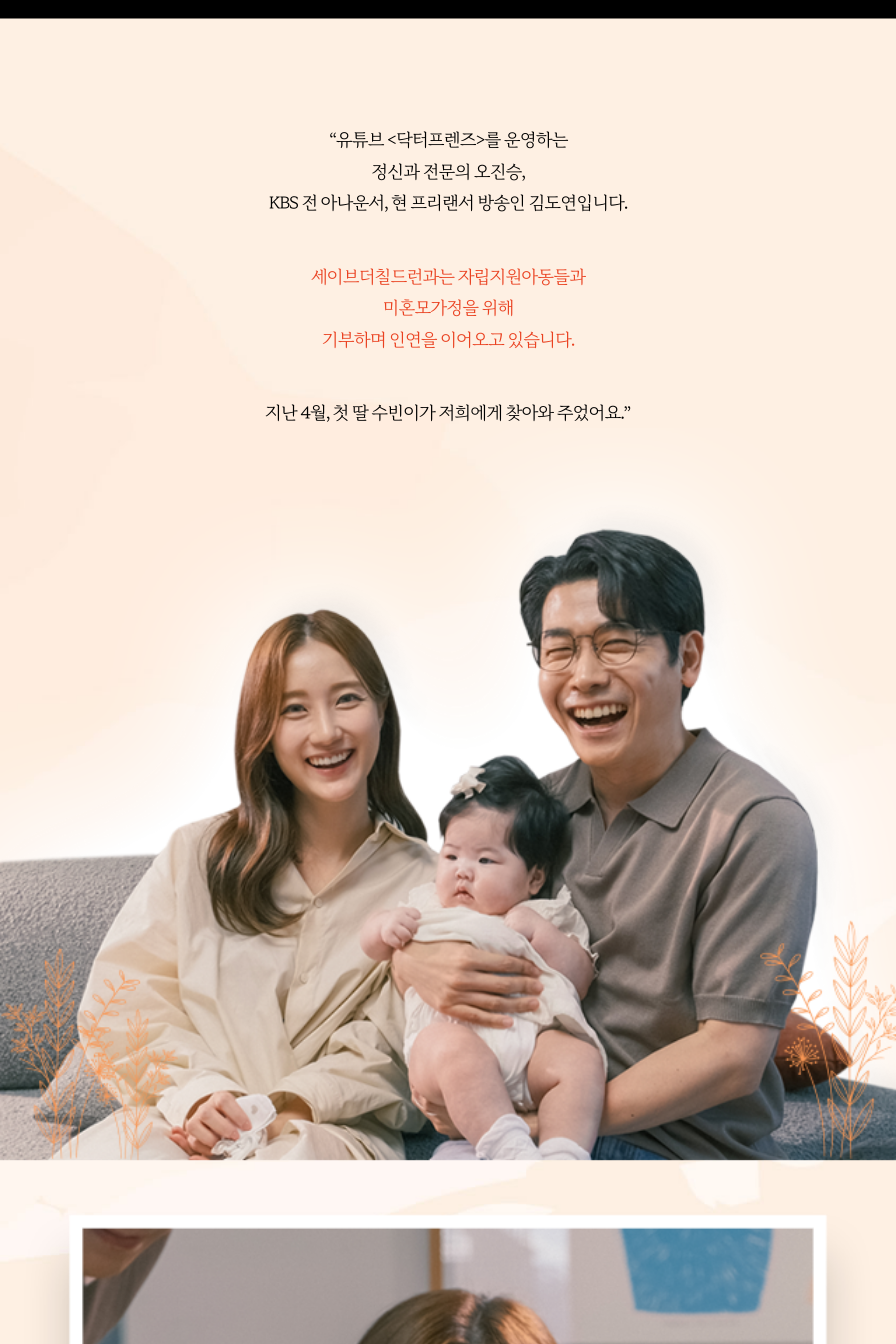
Repository: dlgywls1130/saveTheChildren_2024
Page: index.html
The author's editor kept a copy of each file at every save. The page is drawn from the files as they stood at one save, then again after the next save.
The browser window is 1280 px wide. The pictures show the part of the page from y = 1239 to 3159 px (the page is 18165 px tall before and 18445 px after), at 70% of full size.
Some web fonts or font styles are not loaded; a fallback is used. The style sheet was rebuilt from its Sass, Less or Tailwind sources for each picture, by a compiler version that may differ from the author's.

Above is the page before, as saved 2024-11-03 21:22:36.

### index.html
<!DOCTYPE html>
<html lang="en">
<head>
    <meta charset="UTF-8">
    <meta name="viewport" content="width=device-width, initial-scale=1.0">
    <title>Document</title>

    <link rel="stylesheet" href="./css/common.css">
</head>
<body>

    <!-- main -->
    <section class="main_container">
        <div class="container">
            <div class="logo_title mb-40">
                <img src="./images/logo.png" alt="logo">
                <p>우리 아기 좋은 날 기부</p>
            </div>

            <p class="sub_title mb-40">
                의사 오진승, 아나운서 김도연 가족과 함께하는
            </p>

            <h2 class="mb-30">우리 아기<br>좋은 날 일기</h2>

            <p class="sub_span_text mb-40">
                여러분은 자녀의 소중한 순간을<br>
                어떻게 기념 하시나요?
            </p>

            <p class="sub_descript mb-60">
                보통 사진을 찍고 영상을 남기는<br> 분들이 많으실 거에요. <br>
                우리 아이의 소중한 날을<br> 특별하게 기념하는 방법을<br>
                소개해드릴게요
            </p>

            <a href="#" class="record_btn">
                <img src="/images/pencle.png" alt="pencle">
                <p>우리 아기 좋은 날 기록하기</p>
            </a>
        </div>
    </section>

    <!-- 스토리섹션 -->

    <section class="story_section">
        <div class="container pt-100">

            <!-- 영상 -->
            <div class="video_container mb-150 ">
                <video></video>
            </div>

            <div class="story_01 mb-70">
                <p class="s01 mb-60">
                    “유튜브 <닥터프렌즈>를 운영하는<br> 정신과 전문의 오진승,
                    <br>KBS 전 아나운서, 현 프리랜서 방송인 김도연입니다.
                </p>

                <p class="s01_1 mb-60">
                    세이브더칠드런과는 자립지원아동들과<br> 미혼모가정을 위해
                    <br>기부하며 인연을 이어오고 있습니다.
                </p>

                <p class="s01_2">
                    지난 4월, 첫 딸 수빈이가 저희에게 찾아와 주었어요.”
                </p>

                <img src="/images/s1_1.png" alt="story">
            </div>


            <div class="story_02 mb-150">
                <div class="story_02_01">
                    <div class="story_image">
                        <img src="/images/s2_1.png" alt="stroy">
                    </div>
                    <div class="story_text-contain py-50">
                        <p class="story_text_01 mb-50">
                            아이가 태어나고 많은 것이 바뀌었습니다.
                        </p>
                        <p class="story_text_02 mb-50">
                            사실 저는 아이를 좋아하는 편은 아니었어요.
                            <br>하지만 낳고 처음 마주하는 순간, 생각했어요.
                        </p>
                        <p class="story_text_03 mb-50">
                            ‘천년의 사랑이 시작되었다.’
                        </p>

                        <p class="story_text_04">
                            지금은 힘들어도 아이 얼굴만 보면 웃음이 나와요.
                        </p>
                    </div>


                </div>
            </div>

            <div class="story_03 mb-100">
                <div class="story_03_01">

                    <div class="story_image">
                        <img src="/images/s3_1.png" alt="stroy">
                    </div>

                    <div class="story_text-contain py-50">
                        <p class="story_text_01 mb-100">
                            내 자녀를 볼 때,
                            <br>의학적으로 마음에 드는
                            <br>이성을 보았을 때의
                            <br>10배에 달하는 도파민이 나온대요.
                        </p>
                        <p class="story_text_02 mb-60">
                            저는 현재에 안주하며 사는
                            <br>편이었는데, 딸이 태어난 후부터
                            <br>삶에 대해 더 고민하고.
                            <br>잘하려고 노력하고 있어요.
                        </p>
                        <p class="story_text_03">
                            아이가 삶의 원동력이 된 셈이죠.
                        </p>

                    </div>

                </div>
            </div>

            <div class="story_04">
                <div class="story04_01 mb-150">

                    <div class="story_image">
                        <img src="/images/s4_1.png" alt="stroy">
                    </div>

                    <div class="story_text-contain py-50">
                        <p class="story_text_01 mb-30">
                            요즘은 수빈이와 함께 놀이터 갈 날을
                            <br>손꼽아 기다리고 있어요.
                        </p>
                        <p class="story_text_02">
                            아직 말귀도 못 알아듣는 아이한테
                            <br>“너 언제 커서 아빠랑 놀이터 갈래?”
                            <br>묻고는 하죠.

                        </p>

                    </div>

                </div>

                <div class="story04_02 mb-150">

                    <div class="story_image">
                        <img src="/images/s4_2.png" alt="stroy">
                    </div>

                    <div class="story_text-contain pt-30">
                        <p class="story_text_01 mb-30">
                            아이를 정신없이 키우다 보니
                            <br>탄생의 순간이 희미해지고 있었어요.
                        </p>
                        <p class="story_text_02">
                            우리 아기 좋은 날 캠페인에
                            <br>참여해서 직접 기념일 이야기를 담은
                            <br>후원감사증서를 받아보니,
                            <br>그때 생각이 나서 너무 좋았어요.

                        </p>

                    </div>


                </div>
            </div>

            <div class="story_05">
                <div class="story_05_01 pt-80 mb-50">

                    <div class="story_text mb-30">
                        “아이가 건강하게 발달단계를 해내는
                        <br>소중한 순간에 기부를 하면
                        <br>수빈이가 더 건강하고,행복하게
                        <br>자라게 되지 않을까요?
                        <br>
                        <br>소중한 순간마다 기부하고
                        <br>앨범처럼 남겨서 보여주면
                        <br>자랑스러운 부모가 될 것 같아요”
                    </div>

                    <div class="img_story">
                        <img src="/images/s5_1.png">
                    </div>
                </div>

                <div class="story_05_02  pt-80 px-60 mb-150">

                    <div class="story_text mb-30">
                        “저는 칭찬 받거나 스스로에게 자부심을
                        <br>느낀 순간은 오래 기억된다고 생각해요.
                        <br>
                        <br>내 아이에게 ‘네가 첫 양치질을 잘 해낸
                        <br>기념으로  다른 친구를 도왔어.’ 라고
                        <br>말해준다면 그 뿌듯함을 밑거름으로
                        <br>자기 자신과 다른 사람 모두 사랑할 수 있는
                        <br>아이로 성장하지 않을까요?”
                    </div>

                    <div class="img_story">
                        <img src="/images/s5_2.png">
                    </div>

                </div>


                <div class="middle_cotain pb-100">
                    <p class="mb-70">첫 걸음마, 첫돌, 처음 엄마 아빠를 부른 날, 처음 비를 맞아본 날,
                    <br>처음 놀이터에 간 날, 그 소중한 순간을 기부로 기록해 보세요.</p>

                    <p class="mb-200">후원해주신 모든 분들께 직접 작성한 기념일 이야기가 담긴 <span>후원감사증서</span>를 드리며,
                    <br>30만원 이상 후원해 주신 분들께는 이름을 수놓은 <span>순면거즈블랭킷</span>을 증정하고 있습니다. </p>

                    <div class="middle_image mb-100">
                        <div class="middel_left">
                            <img src="/images/s6_1.png">
                        </div>
                        <div class="middel_right">
                            <img src="/images/s6_2.png">
                        </div>

                        <a href="#">
                            <img src="/images/floating.png" class="float_image">
                        </a>

                    </div>


                    <a href="#" class="record_btn">
                        <img src="/images/pencle.png" alt="pencle">
                        <p>우리 아기 좋은 날 기록하기</p>
                    </a>
                </div>



            </div>

        </div>


    </section>

    <!-- info -->

    <section class="sponsor_section">

        <div class="container py-150">

            <!-- 후원신청 -->
            <div class="sponsor-container pt-100 mb-150">
                <h2 class="mb-80">후원신청 과정</h2>

                <div class="sponsor_list  mb-80">
                    <div class="sponsor_list_inner">
                        <div class="list-inner-img">
                            <img src="/images/circle_1.png" alt="sponsor">
                        </div>
                        <p>후원신청하기</p>

                    </div>
                    <span class="arrow-img"><img src="/images/arrow.png"></span>
                    <div class="sponsor_list_inner">
                        <div class="list-inner-img">
                            <img src="/images/circle_2.png">
                        </div>
                        <p>후원감사증서<br>메시지 적기</p>

                    </div>
                    <span class="arrow-img"><img src="/images/arrow.png"></span>
                    <div class="sponsor_list_inner">
                        <div class="list-inner-img">
                            <img src="/images/circle_3.png">
                        </div>
                        <p>신청완료</p>

                    </div>
                    <span class="arrow-img"><img src="/images/arrow.png"></span>
                    <div class="sponsor_list_inner">
                        <div class="list-inner-img">
                            <img src="/images/circle_4.png">
                        </div>
                        <p>후원감사증서 발송<br>(1주일이내)</p>

                    </div>
                </div>

                <p class="info-span">30만원 이상 후원자 분들께는 순면거즈블랭킷 제작을 위한 문자가 별도 발송됩니다. (후원 2-3일 이내)</p>
            </div>


            <div class="sponsor-inner mb-150">
                <h2 class="mb-100">후원금, 이렇게 쓰여요!</h2>

                <p class="mb-100">
                    세이브더칠드런은 국내외 아동을 대상으로
                    <br>생계지원, 의료지원,  영유아용품지원, 재해재난 상황에서의
                    <br>긴급구호 등의 활동을 진행하고 있습니다.
                    <br>
                    <br>보내주신 후원금은 정치, 종교, 인종에 관계없이
                    <br>모든 아이들을 구해야 한다는  세이브더칠드런의 신념에 따라
                    <br>가장 도움 필요한 아이를 위해 우선 사용됩니다.

                </p>

                <img src="/images/baby.png">
            </div>

            <div class="faq_section">
                <div class="container">
                    <h2 class="mb-40">FAQ</h2>

                    <ul class="faq_list">
                        <li>
                            <div class="faq_question">
                                <img src="/images/leaves.png">
                                <p>30만원 이상 후원했습니다. 거즈 순면 블랭킷은 언제 오나요?</p>
                            </div>
                            <div class="faq_answer">
                                우리 아기 좋은 날 기부로 30만원 이상 후원자님들께는 담요에 수놓을 아기 이름과 선물 수령 주소
                                <br>확인을 위한 문자가 발송됩니다. 02-6900-4479로 발송되는 문자 속 설문조사에 답해주세요.
                                <br>확인을 완료하신 분들께는 블랭킷 제작을 담당하고 있는 조니 스튜디오에서 아기 이름 자수
                                <br>작업 완료 후 배송해 드립니다.

                            </div>
                        </li>
                        <li>
                            <div class="faq_question">
                                <img src="/images/leaves.png">
                                <p>순면 거즈 블랭킷, 안전한 제품인가요? </p>
                            </div>
                            <div class="faq_answer">
                                본 블랭킷은 워싱된 3중 거즈로 제작되었으며, KC안전검사를 완료하였습니다.
                                <br>소재 특성상 섬유 조각이 발생할 수 있어 망에 넣지 않고 3번 정도 물빨래 하시는 것을 권장합니다.

                            </div>
                        </li>
                        <li>
                            <div class="faq_question">
                                <img src="/images/leaves.png">
                                <p>순면 거즈 블랭킷을 받았는 데 하자가 있어요. 어떻게 해야 하나요? </p>
                            </div>
                            <div class="faq_answer">
                                물품에 동봉된 조니스튜디오 연락처로 연락 부탁드립니다. 하자 물품에 대한 교환은 수령일로부터
                                <br>7일 이내에 조니스튜디오에 연락해주셔야 하며, 이로 인한 후원금 환불은 어렵습니다.

                            </div>
                        </li>
                        <li>
                            <div class="faq_question">
                                <img src="/images/leaves.png">
                                <p>후원감사증서에 넣을 수 있는 사진 사이즈는 얼마인가요?</p>
                            </div>
                            <div class="faq_answer">
                                사진 인화 사이즈 5*7 인치에 맞추어서 제작되었습니다.  그보다 작은 사진일 경우,
                                <br>후원감사증서  내부의 주머니에 넣어 보관하실 수도  있습니다.

                            </div>
                        </li>
                    </ul>
                </div>
            </div>
        </div>

    </section>


</body>
</html>

Loaded but not shown: css/common.scss (985 lines, source omitted)

After the next save:
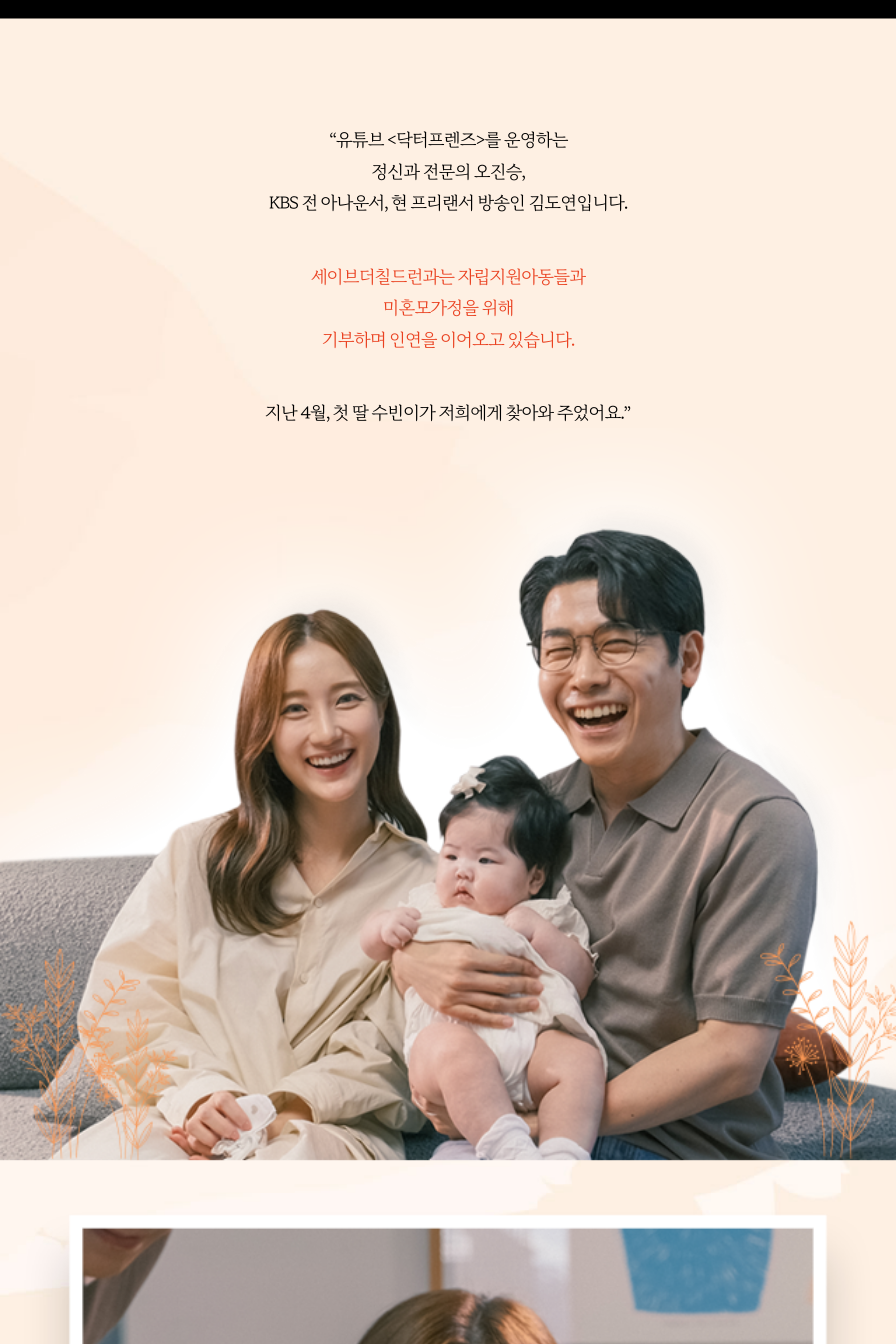
Saved 2 min 53 s later.
--- a/index.html
+++ b/index.html
@@ -192,7 +192,7 @@
                     </div>
                 </div>
 
-                <div class="story_05_02  pt-80 px-60 mb-150">
+                <div class="story_05_02  pt-80 px-60 mb-100">
 
                     <div class="story_text mb-30">
                         “저는 칭찬 받거나 스스로에게 자부심을
@@ -213,11 +213,20 @@
 
 
                 <div class="middle_cotain pb-100">
-                    <p class="mb-70">첫 걸음마, 첫돌, 처음 엄마 아빠를 부른 날, 처음 비를 맞아본 날,
-                    <br>처음 놀이터에 간 날, 그 소중한 순간을 기부로 기록해 보세요.</p>
-
-                    <p class="mb-200">후원해주신 모든 분들께 직접 작성한 기념일 이야기가 담긴 <span>후원감사증서</span>를 드리며,
-                    <br>30만원 이상 후원해 주신 분들께는 이름을 수놓은 <span>순면거즈블랭킷</span>을 증정하고 있습니다. </p>
+                    <p class="mb-100">
+                        첫 걸음마, 첫돌,
+                        <br>처음 엄마 아빠를 부른 날,
+                        <br>처음 비를 맞아본 날, 처음 놀이터에 간 날
+                        <br>그 소중한 순간을 기부로 기록해보세요.
+                    </p>
+
+                    <p class="mb-200">후원해주신 모든 분들께 <br>
+                        직접 작성한 기념일 이야기가 담긴<br>
+                        <span>후원감사증서</span>를 드리며,
+                        <br>30만원 이상 후원해 주신 분들께는
+                        <br>이름을 수놓은 <span>순면거즈블랭킷</span>을<br>
+                        증정하고 있습니다.
+                    </p>
 
                     <div class="middle_image mb-100">
                         <div class="middel_left">
